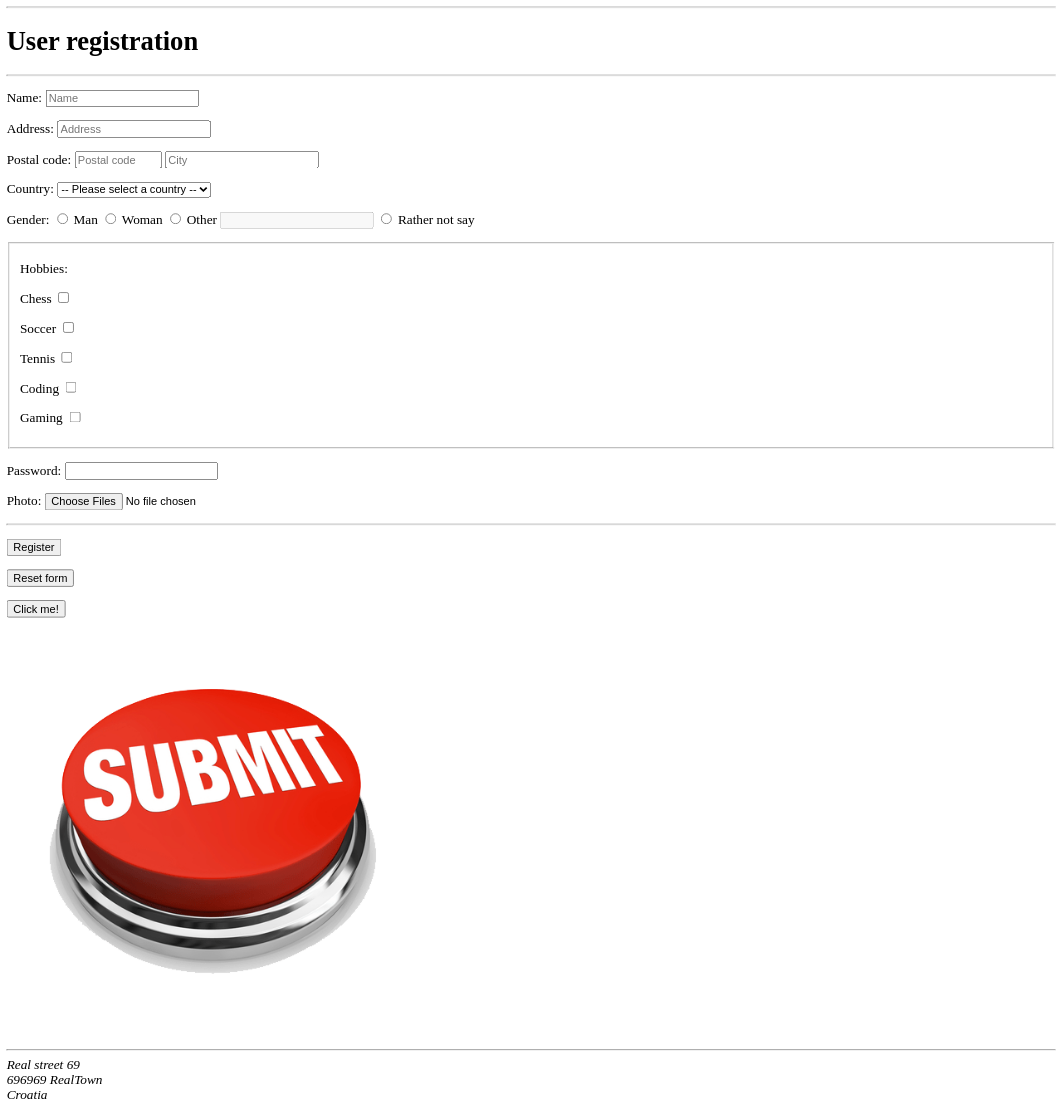
Repository: Filip-Husic/AW_frontend
Page: ex3Forms.html
The author's editor kept a copy of each file at every save. The page is drawn from the files as they stood at one save, then again after a run of saves.
The browser window is 1280 px wide. The pictures show the whole page, at 83% of full size.

Above is the page before, as saved 2022-11-23 14:12:43.

After the next 2 saves:
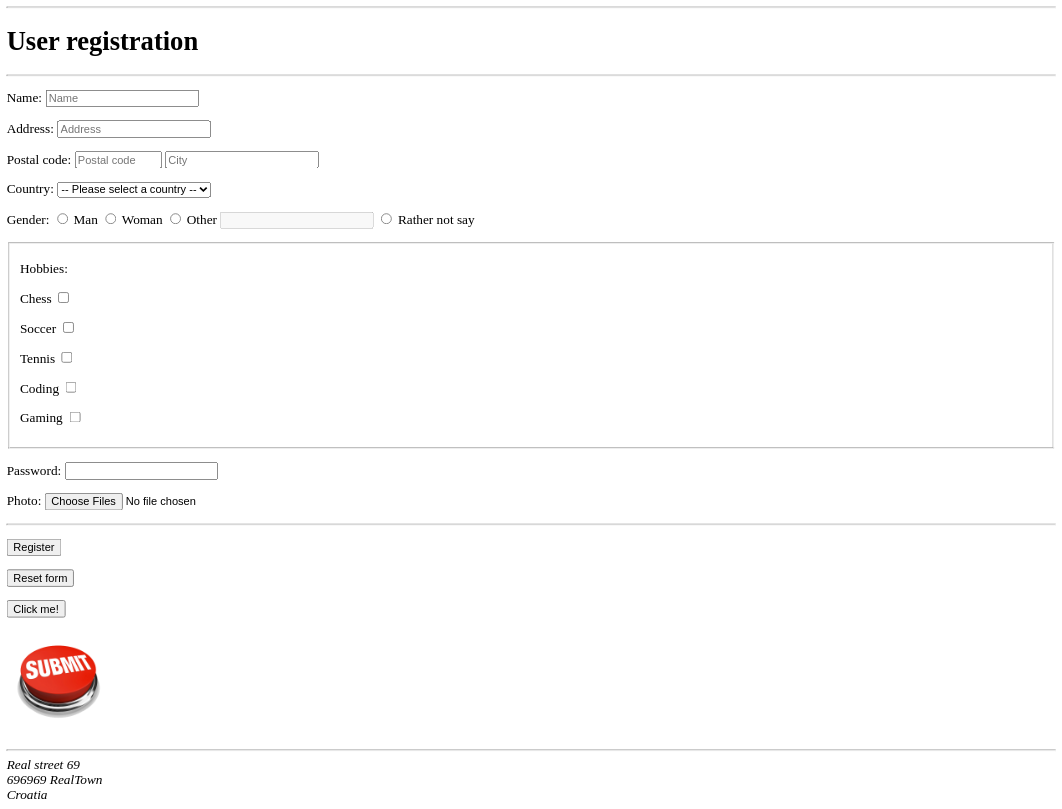
The 2 saves are shown as one change because they came seconds apart.
The last was saved 14 s later.
--- a/ex3Forms.html
+++ b/ex3Forms.html
@@ -91,7 +91,7 @@
             <input type="button" id="btButton" name="btButton" value="Click me!"></input>
         </p>
         <p>
-            <input type="image" src="img/submit.png">
+            <input type="image" src="img/submit.png" width="10%">
         </p>
         <hr>
     </form>
